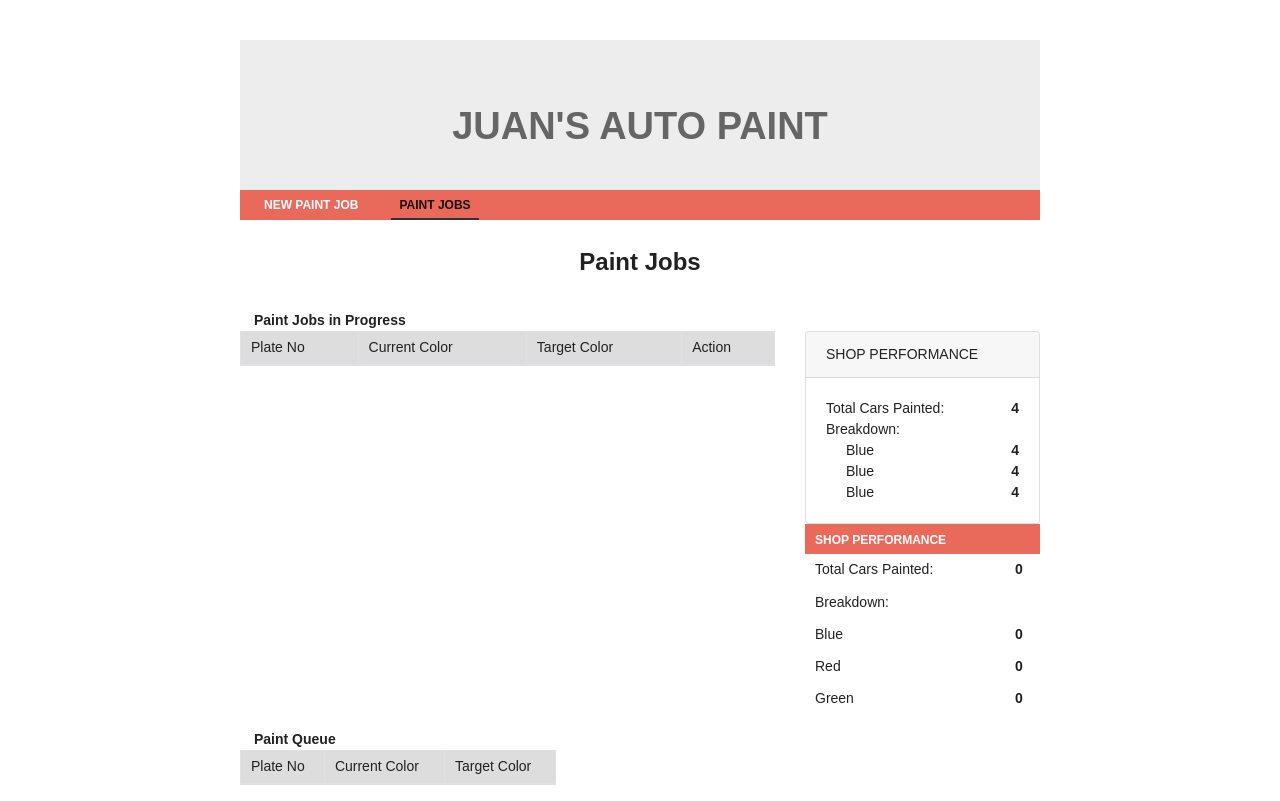
Repository: soycaringal/paint-job
Page: http://localhost/jobs
The author's editor kept a copy of each file at every save. The page is drawn from the files as they stood at one save, then again after the next save.
The browser window is 1280 px wide. The pictures show the whole page.
The page is served by the project's Laravel application, run on PHP 8.4 with Laravel 8. Other server files are loaded and not shown. Queries for data that is not in the repository find no rows.

Above is the page before, as saved 2020-02-23 20:04:58.

### routes/web.php
<?php

/*
|--------------------------------------------------------------------------
| Web Routes
|--------------------------------------------------------------------------
|
| Here is where you can register web routes for your application. These
| routes are loaded by the RouteServiceProvider within a group which
| contains the "web" middleware group. Now create something great!
|
*/

Route::get('/', 'CarController@index')->name('home');
Route::get('/jobs', 'CarController@jobs')->name('jobs');
Route::post('/car', 'CarController@store')->name('car.store');

// Route::post('/car', function () {

//     return 'aw';
// });

### app/Http/Controllers/CarController.php
<?php

namespace App\Http\Controllers;

use App\Car;
use Illuminate\Http\Request;

class CarController extends Controller
{
    private $car;

    public function __construct(Car $car) {
        $this->car = $car;
    }

    /**
     * Display a listing of the resource.
     *
     * @return \Illuminate\Http\Response
     */
    public function index()
    {
        $cars = $this->car->all();
        return view('home', compact('cars'));
    }

        /**
     * Display a listing of the resource.
     *
     * @return \Illuminate\Http\Response
     */
    public function jobs()
    {
        return view('jobs');
    }

    /**
     * Show the form for creating a new resource.
     *
     * @return \Illuminate\Http\Response
     */
    public function create()
    {
        //
    }

    /**
     * Store a newly created resource in storage.
     *
     * @param  \Illuminate\Http\Request  $request
     * @return \Illuminate\Http\Response
     */
    public function store(Request $request)
    {
        $data = $request->all();

        $car = new Car();
        $car->plate_no = $data['plate_no'];
        $car->current_color = $data['current_color'];
        $car->target_color = $data['target_color'];
        $car->save();

        return redirect('jobs');
    }

    /**
     * Display the specified resource.
     *
     * @param  \App\Car  $car
     * @return \Illuminate\Http\Response
     */
    public function show(Car $car)
    {
        //
    }

    /**
     * Show the form for editing the specified resource.
     *
     * @param  \App\Car  $car
     * @return \Illuminate\Http\Response
     */
    public function edit(Car $car)
    {
        //
    }

    /**
     * Update the specified resource in storage.
     *
     * @param  \Illuminate\Http\Request  $request
     * @param  \App\Car  $car
     * @return \Illuminate\Http\Response
     */
    public function update(Request $request, Car $car)
    {
        $car = $this->car->find($request->id);
        $car->status = 'completed';
        $car->save();
    }

    /**
     * Remove the specified resource from storage.
     *
     * @param  \App\Car  $car
     * @return \Illuminate\Http\Response
     */
    public function destroy(Car $car)
    {
        //
    }
}

### resources/views/jobs.blade.php
@extends('layouts.app')

@section('content')
<div class="paint-jobs-content">
    <section>
        <div class="paint-job-title">
            <h1>Paint Jobs</h1>
        </div>
    </section>
    <div class="paint-jobs-wrapper">
        <section class="car-in-progress">
            <h3>Paint Jobs in Progress</h3>
            <table class="table table-bordered">
                <thead class="thead">
                    <tr>
                        <th scope="col">Plate No</th>
                        <th scope="col">Current Color</th>
                        <th scope="col">Target Color</th>
                        <th scope="col">Action</th>
                    </tr>
                </thead>
                <tbody class="car-in-progress-rows">

                </tbody>
            </table>
        </section>
        <section class="car-performance">
            <div class="card">
                <div class="card-header">SHOP PERFORMANCE</div>
                <div class="card-body">
                    <p>
                        <span>Total Cars Painted:</span>
                        <span class="total">4</span>
                    </p>
                    <p>
                        <span>Breakdown:</span>
                    </p>
                    <div class="car-colors">
                        <p>
                            <span>Blue</span>
                            <span class="total">4</span>
                        </p>
                        <p>
                            <span>Blue</span>
                            <span class="total">4</span>
                        </p>
                        <p>
                            <span>Blue</span>
                            <span class="total">4</span>
                        </p>
                    </div>
                </div>
            </div>
            <table class="table table-borderless">
                <thead class="thead">
                    <tr>
                        <th scope="col" colspan="2">SHOP PERFORMANCE</th>
                    </tr>
                </thead>
                <tbody class="car-performance-rows">

                </tbody>
            </table>
        </section>
    </div>

    <section class="car-queue row">
        <div class="col-5">
            <h3>Paint Queue</h3>
            <table class="table table-bordered">
                <thead class="thead">
                    <tr>
                        <th scope="col">Plate No</th>
                        <th scope="col">Current Color</th>
                        <th scope="col">Target Color</th>
                    </tr>
                </thead>
                <tbody class="car-queue-rows">

                </tbody>
            </table>
        </div>
    </section>
</div>

<script>
    $(document).ready(() => {
        getData();
        // poll();
    })

    function templatePending(cars) {
        let template = '\
        <tr> \
            <td>{PLATE_NO}</td> \
            <td>{CURRENT_COLOR}</td> \
            <td>{TARGET_COLOR}</td> \
            <td class="text-center">{ACTION}</td> \
        </tr>';

        let result = '';
        cars.forEach(car => {
            const action = '<a onclick="updateStatus(' + car.id + ')" href="javascript:void(0)">Mark as Completed</>'
            let row =  template
                .replace('{PLATE_NO}', car.plate_no)
                .replace('{CURRENT_COLOR}', car.current_color)
                .replace('{TARGET_COLOR}', car.target_color)
                .replace('{ACTION}', action)

            result += row;
        });

        $('.car-in-progress-rows').html(result);
    }

    function templateQueue(cars) {
        let template = '\
        <tr> \
            <td>{PLATE_NO}</td> \
            <td>{CURRENT_COLOR}</td> \
            <td>{TARGET_COLOR}</td> \
        </tr>';

        let result = '';
        cars.forEach(car => {
            const action = '<a onclick="updateStatus(' + car.id + ')" href="javascript:void(0)">Mark as Completed</>'
            let row =  template
                .replace('{PLATE_NO}', car.plate_no)
                .replace('{CURRENT_COLOR}', car.current_color)
                .replace('{TARGET_COLOR}', car.target_color)

            result += row;
        });

        $('.car-queue-rows').html(result);
    }

    function templatePerformance(car) {
        let template = '\
        <tr> \
            <td>Total Cars Painted:</td> \
            <td>{TOTAL_CARS}</td> \
        </tr> \
        <tr> \
            <td colspan="2">Breakdown:</td> \
        </tr> \
        <tr> \
            <td>Blue</td> \
            <td>{TOTAL_BLUE}</td> \
        </tr> \
        <tr> \
            <td>Red</td> \
            <td>{TOTAL_RED}</td> \
        </tr> \
        <tr> \
            <td>Green</td> \
            <td>{TOTAL_GREEN}</td> \
        </tr>';

        let result =  template
            .replace('{TOTAL_CARS}', car.total_cars)
            .replace('{TOTAL_BLUE}', car.total_blue)
            .replace('{TOTAL_RED}', car.total_red)
            .replace('{TOTAL_GREEN}', car.total_green)

        $('.car-performance-rows').html(result);
    }

    function updateStatus(id) {
        $.post('/api/car', {id: id})
        .then((res) => {
            console.log(res);
        });
    }

    async function getData()  {
        await $.get('/api/cars')
        .then((result) => {
            templatePending(result.pending);
            templateQueue(result.queue);
        });

        await $.get('/api/cars/performance')
        .then((result) => {
            templatePerformance(result);
        });
    }

    function poll() {
        setTimeout(() => {
            getData()
            .then(poll())
        }, 3000);
    }
</script>


@endsection

### resources/views/layouts/app.blade.php
<!DOCTYPE html>
<html lang="{{ str_replace('_', '-', app()->getLocale()) }}">
    <head>
        <meta charset="utf-8">
        <meta name="viewport" content="width=device-width, initial-scale=1">

        <title>Laravel</title>

        <!-- Fonts -->
        <link href="https://fonts.googleapis.com/css?family=Nunito:200,600" rel="stylesheet">
        <link rel="stylesheet" href="https://stackpath.bootstrapcdn.com/bootstrap/4.1.3/css/bootstrap.min.css" integrity="sha384-MCw98/SFnGE8fJT3GXwEOngsV7Zt27NXFoaoApmYm81iuXoPkFOJwJ8ERdknLPMO" crossorigin="anonymous">
        <script src="https://code.jquery.com/jquery-3.3.1.slim.min.js" integrity="sha384-q8i/X+965DzO0rT7abK41JStQIAqVgRVzpbzo5smXKp4YfRvH+8abtTE1Pi6jizo" crossorigin="anonymous"></script>
        <script src="https://cdnjs.cloudflare.com/ajax/libs/popper.js/1.14.3/umd/popper.min.js" integrity="sha384-ZMP7rVo3mIykV+2+9J3UJ46jBk0WLaUAdn689aCwoqbBJiSnjAK/l8WvCWPIPm49" crossorigin="anonymous"></script>
        <script src="https://stackpath.bootstrapcdn.com/bootstrap/4.1.3/js/bootstrap.min.js" integrity="sha384-ChfqqxuZUCnJSK3+MXmPNIyE6ZbWh2IMqE241rYiqJxyMiZ6OW/JmZQ5stwEULTy" crossorigin="anonymous"></script>
        <link href="/css/main.css" rel="stylesheet">
        <script src="https://code.jquery.com/jquery-3.4.1.min.js"
                integrity="sha256-CSXorXvZcTkaix6Yvo6HppcZGetbYMGWSFlBw8HfCJo=" crossorigin="anonymous"></script>
    </head>
    <body>
        <div class="car-container">
            <header>
                <div class="jumbotron text-center">
                    <h1>Juan's Auto Paint</h1>
                </div>
                <nav class="navbar navbar-expand-lg navbar-light">
                    <div class="collapse navbar-collapse" id="navbarText">
                        <ul class="navbar-nav mr-auto">
                            <li class="nav-item {{ Route::is('home') ? 'active' : '' }}">
                                <a class="nav-link" href="/">NEW PAINT JOB</a>
                            </li>
                            <li class="nav-item {{ Route::is('jobs') ? 'active' : '' }}">
                                <a class="nav-link" href="/jobs">PAINT JOBS</a>
                            </li>
                            </li>
                        </ul>
                    </div>
                </nav>
            </header>
            <main>
                @yield('content')
            </main>
        </div>
    </body>
</html>

### public/css/main.css
body {
    font-family: Arial;
    color: #212121;
}

header {
    margin-top: 40px;
}

header .jumbotron {
    background-color: #ededed;
    border-radius: 0;
    height: 150px;
    margin-bottom: 0;
}

header h1 {
    color: #656565;
    font-family: 'arial';
    font-size: 38px;
    font-weight: bold;
    text-transform: uppercase;
}

.car-container {
    margin: 0 auto;
    width: 800px;
}

.navbar {
    background-color: #e9695b;
    height: 30px;
    font-size: 12px;
}

.navbar .nav-item a {
    color: #333333;
    font-weight: bold;
    margin-right: 25px;
}

.navbar-light .navbar-nav .nav-item.active .nav-link {
    padding-bottom: 4px;
    border-bottom: 2px solid #333;
}

.navbar-light .navbar-nav .nav-link {
    color: #FFFFFF;
}

.paint-job-title h1 {
    text-align: center;
    font-size: 24px;
    font-weight: bold;
    margin-top: 28px;
}

.paint-job-images {
    margin-top: 30px;
}

.paint-job-images figure {
    text-align: center;
}

.car-details {
    margin-left: 15px;
    margin-top: 25px;
    font-size: 14px;
    color: #212121;
}

.car-details h2 {
    font-size: 16px;
    font-weight: bold;
}

.car-details button {
    background-color: #e9695b;
    color: #FFFFFF;
    font-size: 14px;
    border-radius: 0;
    width: 150px;
}

.paint-jobs-content {
    font-size: 14px;
}

.paint-jobs-content h3 {
    font-size: 14px;
    font-weight: bold;
    margin-left: 14px;
    margin-bottom: 2px;
}

.paint-jobs-content .table .thead th, .paint-jobs-content .table tbody td {
    padding: .4em;
    font-weight: normal;
    padding-left: 10px;
}

.paint-jobs-content .table .thead {
    background-color: #dddddd;
    height: 30px;
}

.paint-jobs-content .car-performance .table .thead th {
    font-weight: bold;
}

.paint-jobs-content .car-performance .table .thead {
    background-color: #e9695b;
    color: #FFFFFF;
    font-size: 12px;
}

.paint-jobs-content .car-performance .card-tbody {
    background-color: #ededed;
}

.paint-jobs-content .car-in-progress tbody a {
    color: #e9695b;
    font-weight: bold;
}

.paint-jobs-content .car-in-progress {
    width: 535px;
}

.paint-jobs-content .car-performance {
    margin-top: 19px;
    margin-left: 30px;
    width: 235px;
}

.paint-jobs-content .paint-jobs-wrapper {
    display: flex;
    margin-top: 35px;
}

.paint-jobs-content .car-performance-rows tr td:nth-child(2) {
    font-weight: bold;
}

.paint-jobs-content .car-performance .total {
    float: right;
    font-weight: bold;
}

.paint-jobs-content .car-performance .car-colors {
    margin-left: 20px;
}

.paint-jobs-content .car-performance p {
    margin-bottom: 0;
}

Loaded but not shown: app/Http/Controllers/Controller.php (common file); app/Car.php (common file)

After the next save:
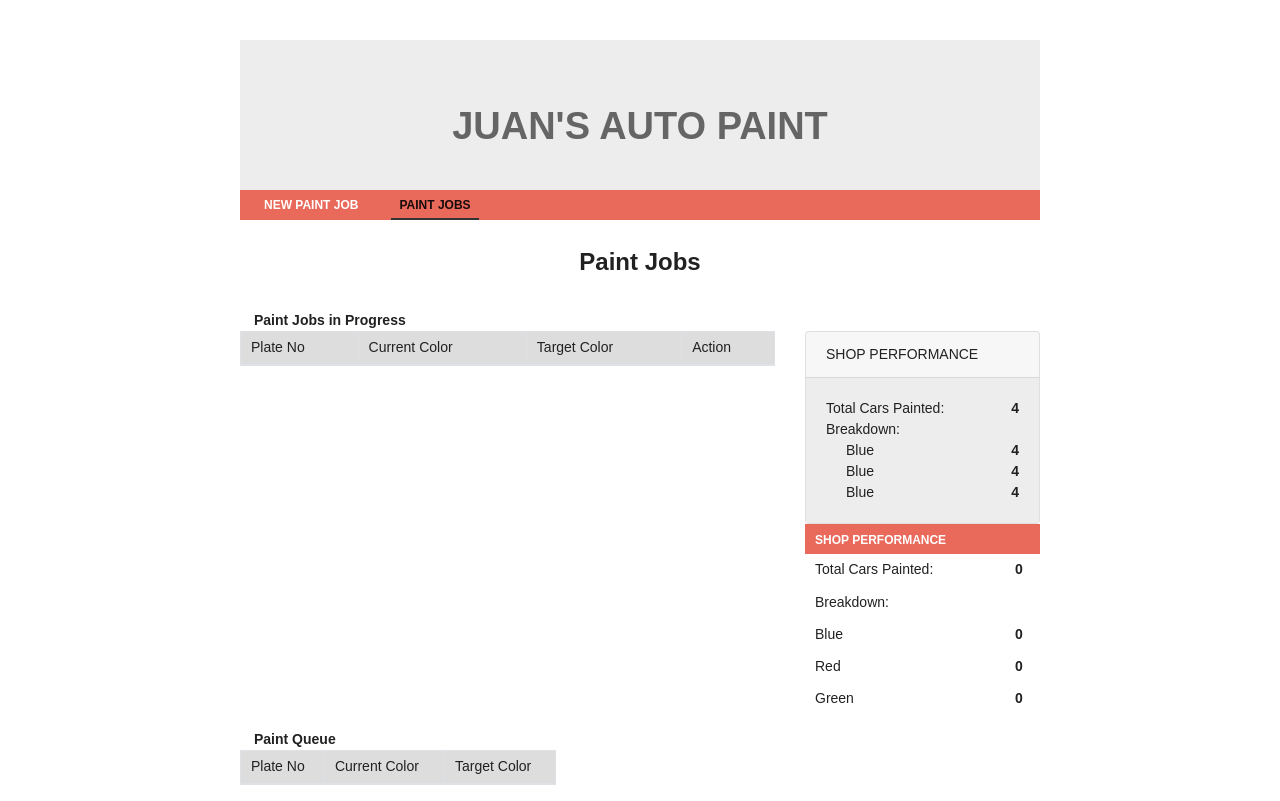
Saved 5 s later.
--- a/public/css/main.css
+++ b/public/css/main.css
@@ -115,7 +115,7 @@ header h1 {
     font-size: 12px;
 }
 
-.paint-jobs-content .car-performance .card-tbody {
+.paint-jobs-content .car-performance .card-body {
     background-color: #ededed;
 }
 
